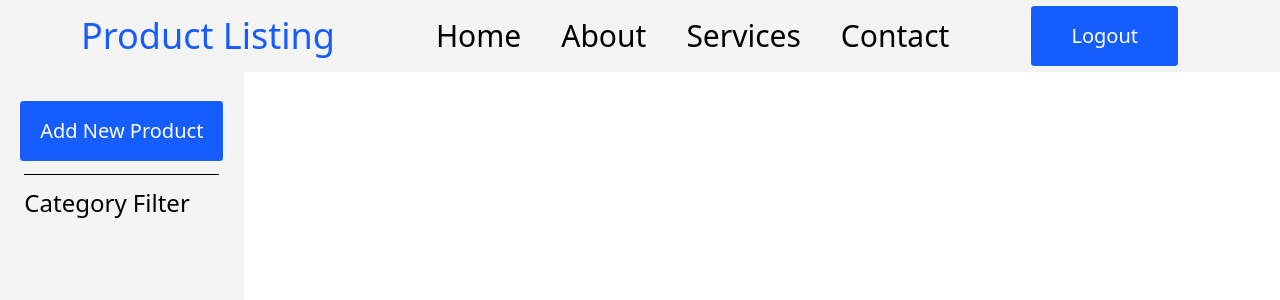
Repository: Habeebur1493/project
Page: /Home
An editor plug-in stored every save of this project. The page is shown before and after the next save, followed by the edit.
The browser window is 1280 px wide. The pictures show the whole page.
The page's requests for data from a server got no answer. The project was rebuilt for these pictures with package versions that can differ from the ones it lists, and the page was loaded fresh each time. No one was signed in, and anything a server would have sent is missing. Also part of the build but not shown: vite.config.js, src/Components/Login.jsx, src/Components/Loading.jsx, src/Components/Details.jsx.

Above is the page before, as saved 2025-01-31 20:14:50.

### index.html
<!doctype html>
<html lang="en">
  <head>
    <meta charset="UTF-8" />
    <meta name="viewport" content="width=device-width, initial-scale=1.0" />
    <title>Project</title>
  </head>
  <body>
    <div id="root"></div>
    <script type="module" src="/src/main.jsx"></script>
  </body>
</html>

### src/main.jsx
import React from "react";
import { createRoot } from "react-dom/client";
import App from "./App.jsx";
import { BrowserRouter } from "react-router-dom";
import Context from "./Components/utils/Context.jsx";

createRoot(document.getElementById("root")).render(
  <Context>
    <BrowserRouter>
      <App />
    </BrowserRouter>
    </Context>

);

### src/App.jsx
import React from "react";
import "./App.css";
import { Route, Routes } from "react-router-dom";
import Login from "./Components/Login.jsx";
import Home from "./Components/Home.jsx";
import Details from "./Components/Details.jsx";


const App = () => {
  return (
    <div className="h-screen w-screen flex">
      <Routes>
        <Route path="/" element={<Login />} />
        <Route path="/Home" element={<Home />} />
        <Route path="/details/:id" element={<Details />} />
      </Routes>
    </div>
  );
};

export default App;

### src/Components/utils/Context.jsx
import React, { createContext, useEffect, useState } from "react";
import axios from "axios";

export const ProductContext = createContext();

const Context = ({children}) => {
  const [products, setproducts] = useState([]);

  const getproducts = async () => {
    try {
      const { data } = await axios.get("https://fakestoreapi.com/products");
      setproducts(data);
    } catch (error) {
      console.log( "Error Fetching products"  ,error);
    }
  };

  useEffect(() => {
    getproducts();
  }, []);

  return (
    <ProductContext.Provider value={{products, setproducts}}>
      {children}
    </ProductContext.Provider>
  );
};

export default Context;

### src/Components/Home.jsx
import React, { useContext, useEffect, useState } from "react";
import { Link, useLocation } from "react-router-dom";
import Nav from "./Nav";
import { ProductContext } from "./utils/Context";
import Loading from "./Loading";
import axios from "axios";

const Home = () => {
  const { products } = useContext(ProductContext);
  const { search } = useLocation();
  const category = decodeURIComponent(search.split("=")[1]);

  const [filteredProducts, setfilteredProducts] = useState(products);

  const getproductscategory = async () => {
    try {
      const { data } = await axios.get(
        `https://fakestoreapi.com/products/category/${category}`
      );
      setfilteredProducts(data);
    } catch (error) {
      console.log(error);
    }
  };
  useEffect(() => {
    if (category.length > 0) getproductscategory();
  }, [category]);

  console.log(filteredProducts);

  if (!products) {
    return <Loading />;
  } else if (products.length < 0) {
    return <h1 className="text-center text-3xl">No products found</h1>;
  }
  return (
    <>
      <Nav />
      <div className="w-[85%] px-3 py-25 flex flex-wrap overflow-x-hidden overflow-y-auto">
        {filteredProducts &&
          filteredProducts.map((p) => (
            <Link
              key={p.id}
              to={`/details/${p.id}`}
              className="mr-3 mb-3 card p-3 border shadow rounded w-[18%] h-[30vh] flex-col flex
         justify-center items-center"
            >
              <div
                className="hover:scale-110 mb-3 w-full h-[80%] bg-contain bg-no-repeat bg-center"
                style={{ backgroundImage: `url(${p.image})` }}
              ></div>
              <h1 className="hover:text-blue-300">{p.title}</h1>
            </Link>
          ))}
      </div>
    </>
  );
};
export default Home;

### src/Components/Nav.jsx
import React, { useContext } from "react";
import { ProductContext } from "./utils/Context";
import { Link, useNavigate } from "react-router-dom";



const Nav = () => {
  const { products } = useContext(ProductContext);
  const navigate = useNavigate();


  let category  =
  products && products.reduce((acc, cv)=>[...acc, cv.category], []);
  category = [...new Set(category)];

  const handleLogout =()=>{
    localStorage.removeItem("token");
    navigate("/");
  }
  return (
    <>
      <nav className="w-[20%] h-[100%] bg-zinc-100 flex flex-col items-center pt-5  ">
        <a
          className="mt-20 py-4 px-5 border rounded text-white text-xl bg-blue-600"
          href="/create"
        >
          Add New Product
        </a>
        <hr className="my-3 w-[80%]" />
        <h1 className="text-2xl mb-3 w-[80%]">Category Filter</h1>
        <div className="w-[80%]">

          {category.map((c, i) => (

          <Link
          key={i}
          to={`/?category=${c}`}
           className="flex items-center mb-3">
            <span className="rounded-full mr-2 w-[15px] h-[15px] bg-blue-400"></span>
            {""}
            {c}
          </Link>
          ))}
        </div>
      </nav>

      <nav className="w-screen h-[10%] bg-zinc-100 flex justify-evenly items-center absolute overflow-y-auto">
        <h1 className=" mr-5 text-4xl text-bold text-blue-600">Product Listing</h1>
        <ul className="flex gap-10 text-3xl">
          <li>Home</li>
          <li>About</li>
          <li>Services</li>
          <li>Contact</li>
        </ul>
          <button
            onClick={handleLogout}
            className='mr-5 py-4 px-10 border rounded text-white text-xl bg-blue-600'>
            Logout</button>
      </nav>
    </>
  );
};

export default Nav;

Loaded but not shown: src/App.css (common file)

After the next save:
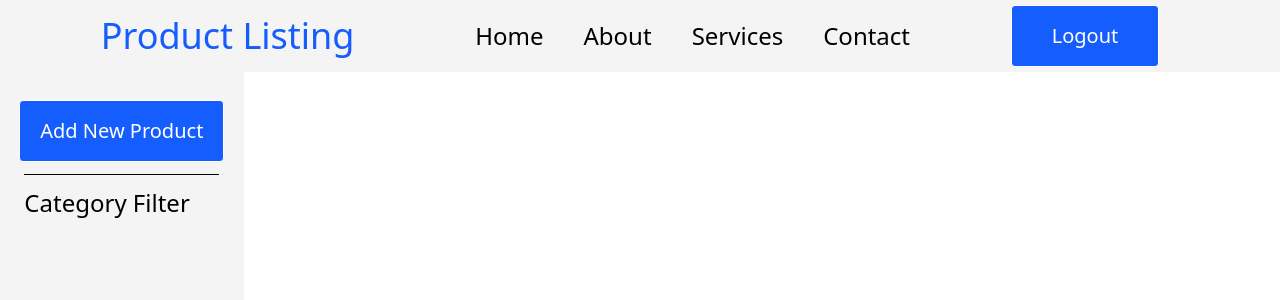
Saved 8 s later.
--- a/src/Components/Nav.jsx
+++ b/src/Components/Nav.jsx
@@ -46,7 +46,7 @@ const Nav = () => {
 
       <nav className="w-screen h-[10%] bg-zinc-100 flex justify-evenly items-center absolute overflow-y-auto">
         <h1 className=" mr-5 text-4xl text-bold text-blue-600">Product Listing</h1>
-        <ul className="flex gap-10 text-3xl">
+        <ul className="flex gap-10 text-2xl">
           <li>Home</li>
           <li>About</li>
           <li>Services</li>
